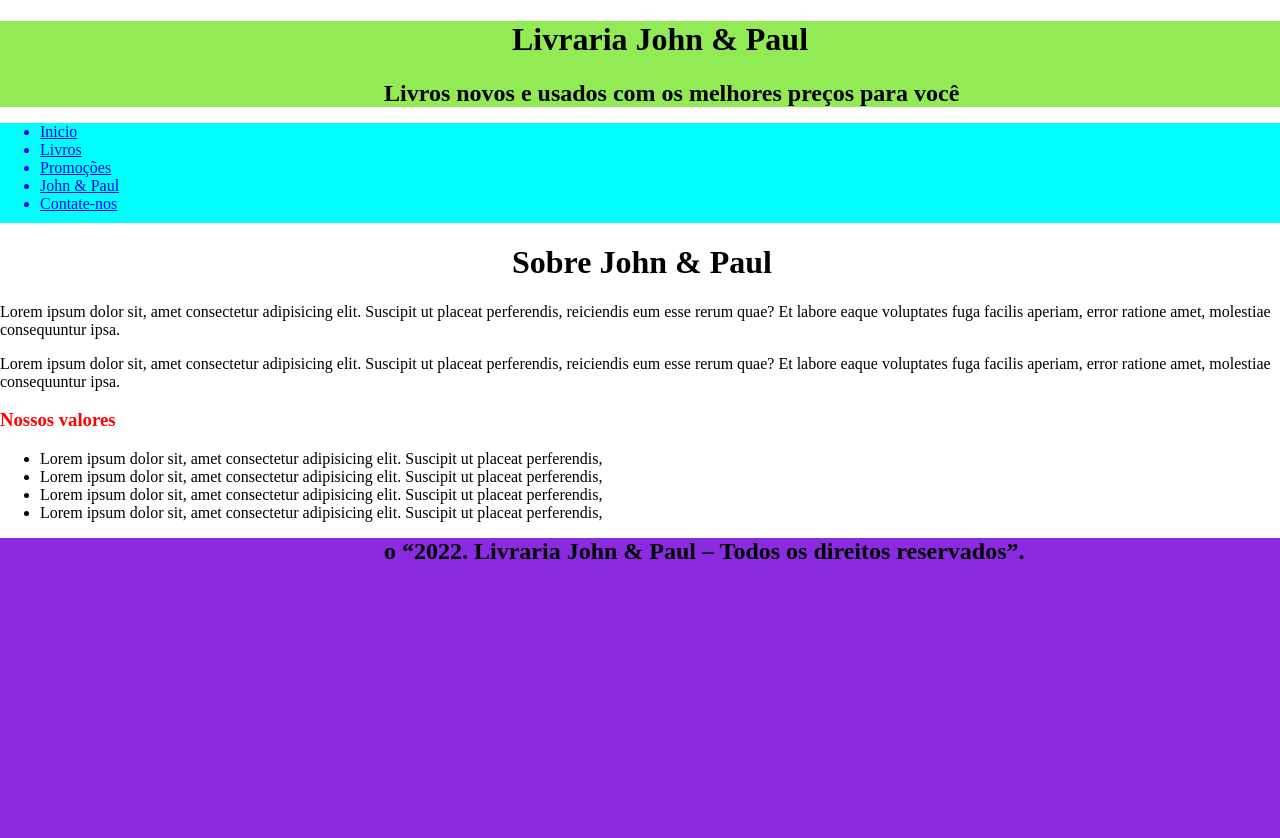
Repository: MarcoantonioCaldeira/Aprendizados-e-Conhecimentos
Page: Projeto-livraria/pages/sobre.html
The author's editor kept a copy of each file at every save. The page is drawn from the files as they stood at one save, then again after the next save.
The browser window is 1280 px wide. The pictures show the whole page.

Above is the page before, as saved 2022-05-25 13:32:19.

After the next save:
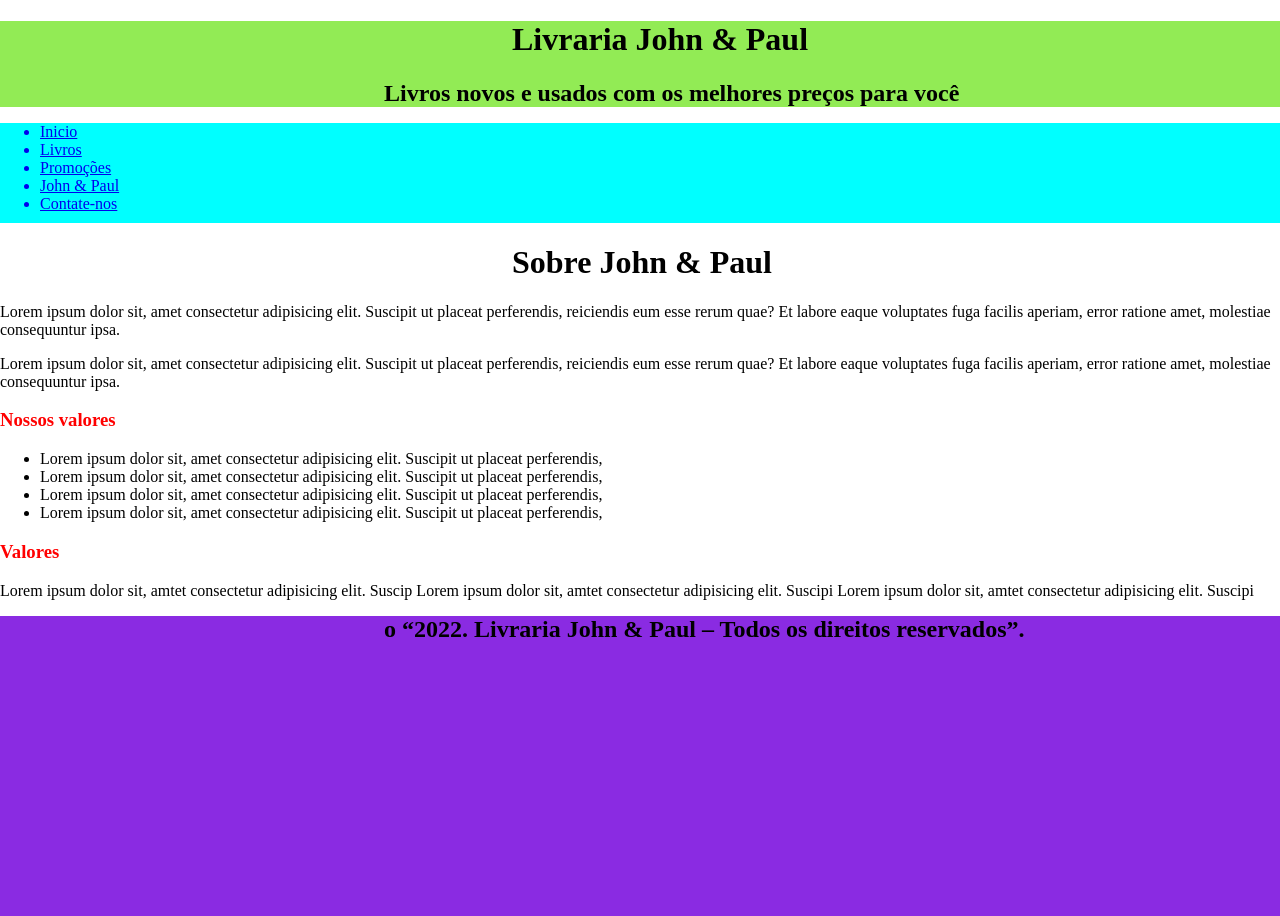
Saved 28 s later.
--- a/Projeto-livraria/pages/sobre.html
+++ b/Projeto-livraria/pages/sobre.html
@@ -14,7 +14,7 @@
         <div id="menu">
             <ul>
                 <a href="#"><li>Inicio</li></a>
-                <a href="#"><li>Livros</li></a>
+                <a href="pages/produtos.html"><li>Livros</li></a>
                 <a href="#"><li>Promoções</li></a>
                 <a href="pages/sobre.html"><li>John & Paul</li></a>
                 <a href="#"><li>Contate-nos</li></a>
@@ -47,6 +47,14 @@
               <li>Lorem ipsum dolor sit, amet consectetur adipisicing elit. Suscipit
                 ut placeat perferendis,</li>
             </ul>
+
+            <h3 style="color:red;">Valores</h3>
+
+            <p>Lorem ipsum dolor sit, amtet consectetur adipisicing elit. Suscip
+              Lorem ipsum dolor sit, amtet consectetur adipisicing elit. Suscipi
+              Lorem ipsum dolor sit, amtet consectetur adipisicing elit. Suscipi</p>
+
+
         </div>
         <div id="rodape">
             <h2>o “2022. Livraria John & Paul – Todos os direitos reservados”.</h2>
